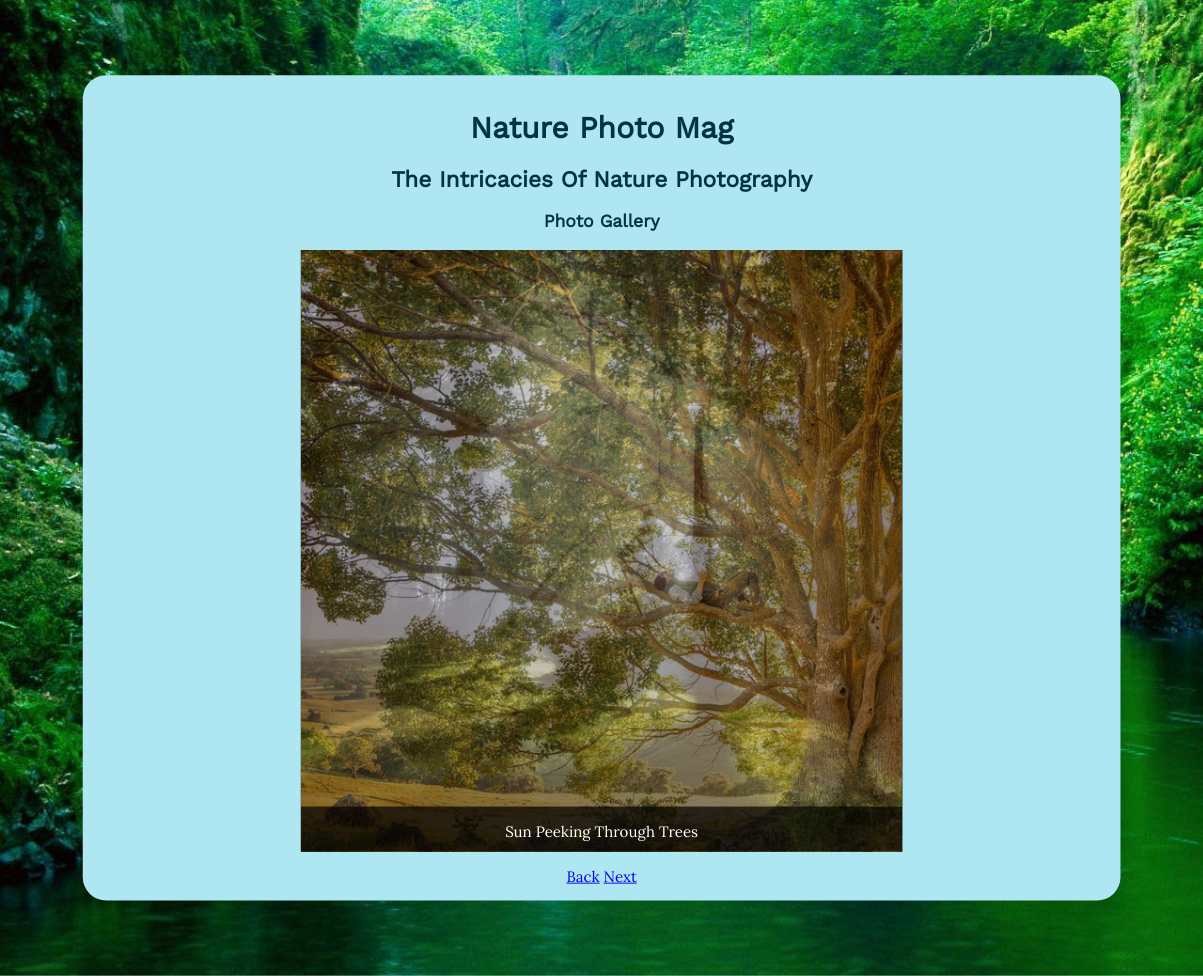
Repository: alexmaddux99/Image-Gallery
Page: index.html
An editor plug-in stored every save of this project. The page is shown before and after the next save, followed by the edit.
The browser window is 1280 px wide. The pictures show the whole page, at 94% of full size.
Backgrounds fixed to the window are drawn as part of the page.

Above is the page before, as saved 2022-03-08 16:47:44.
Console error: TypeError: Assignment to constant variable.

After the next save:
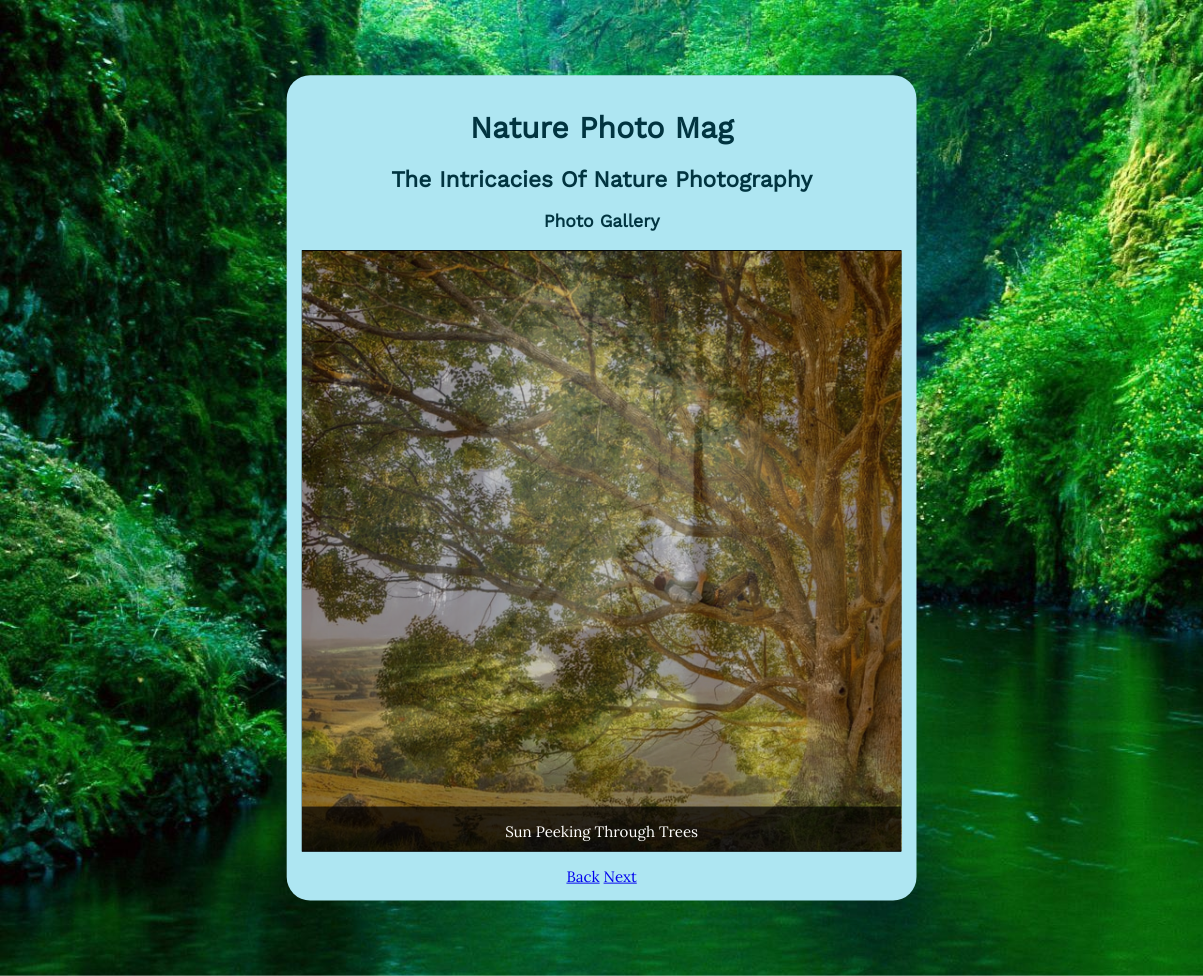
Saved 88 s later.
--- a/css/main.css
+++ b/css/main.css
@@ -82,3 +82,11 @@ section {
   background-color: #AEE6F2;
   border-radius: 25px;
 }
+
+@media only screen and (min-width: 768px) {
+  .content{
+      margin-left: auto;
+      margin-right: auto;
+      align-content: center;
+      max-width: 670px;
+  }
